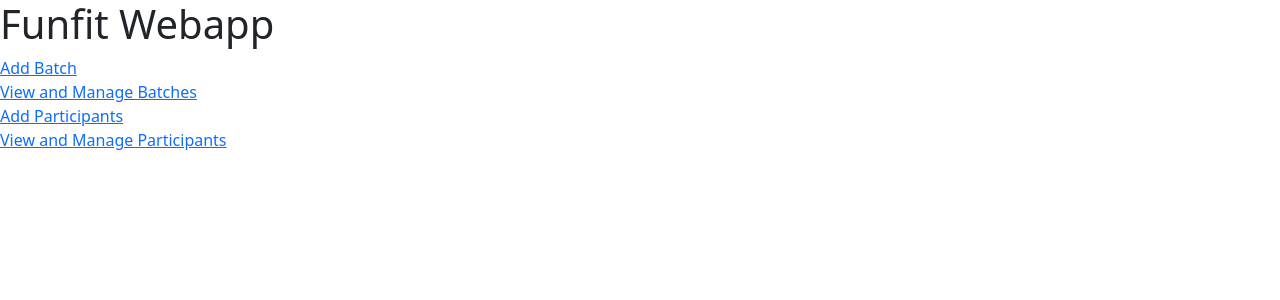
Repository: Jannis-Buschhaus/simplilearn-assessment-phase2
Page: http://localhost/FunfitWebapp/
These files come from the project's save history. The page is drawn as it stood at one moment and after the next save; the edit follows.
The browser window is 1280 px wide. The pictures show the whole page.
The page is served by Tomcat 9. Other server files are loaded and not shown.

Above is the page before, as saved 2024-05-30 14:14:34.

### FunfitWebapp/src/main/webapp/index.jsp
<%@ page language="java" contentType="text/html; charset=UTF-8"
    pageEncoding="UTF-8"%>
<%@ taglib prefix="c" uri="http://java.sun.com/jsp/jstl/core" %>
<!DOCTYPE html>
<html>
<head>
<meta charset="UTF-8">
<title>Funfit</title>
<link href="https://cdn.jsdelivr.net/npm/bootstrap@5.3.3/dist/css/bootstrap.min.css" rel="stylesheet" integrity="sha384-QWTKZyjpPEjISv5WaRU9OFeRpok6YctnYmDr5pNlyT2bRjXh0JMhjY6hW+ALEwIH" crossorigin="anonymous">
</head>
<body>
	<h1>Funfit Webapp</h1>
	<a href="addBatch.jsp">Add Batch</a><br />
	<a href="BatchController">View and Manage Batches</a><br />
	<a href="ParticipantsController?target=addParticipant">Add Participants</a><br />
	<a href="ParticipantsController?target=viewParticipant">View and Manage Participants</a><br />
</body>
</html>

After the next save:
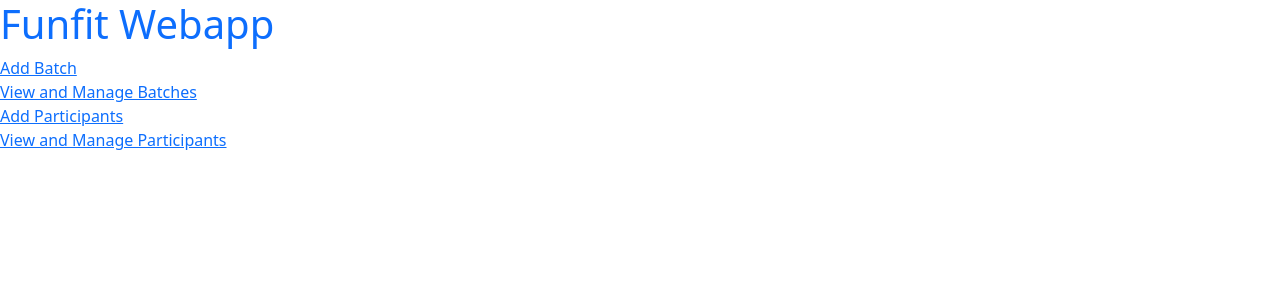
Saved 26 s later.
--- a/FunfitWebapp/src/main/webapp/index.jsp
+++ b/FunfitWebapp/src/main/webapp/index.jsp
@@ -9,7 +9,7 @@
 <link href="https://cdn.jsdelivr.net/npm/bootstrap@5.3.3/dist/css/bootstrap.min.css" rel="stylesheet" integrity="sha384-QWTKZyjpPEjISv5WaRU9OFeRpok6YctnYmDr5pNlyT2bRjXh0JMhjY6hW+ALEwIH" crossorigin="anonymous">
 </head>
 <body>
-	<h1>Funfit Webapp</h1>
+	<h1 class="text-primary">Funfit Webapp</h1>
 	<a href="addBatch.jsp">Add Batch</a><br />
 	<a href="BatchController">View and Manage Batches</a><br />
 	<a href="ParticipantsController?target=addParticipant">Add Participants</a><br />
